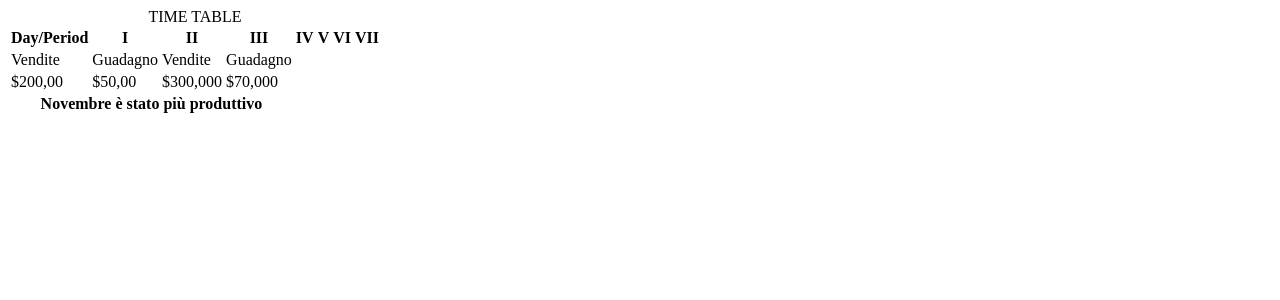
Repository: MicTomm/corso-frontend
Page: HTML/tabella/index.html
The author's editor kept a copy of each file at every save. The page is drawn from the files as they stood at one save, then again after the next save.
The browser window is 1280 px wide. The pictures show the whole page.

Above is the page before, as saved 2023-11-07 16:14:47.

After the next save:
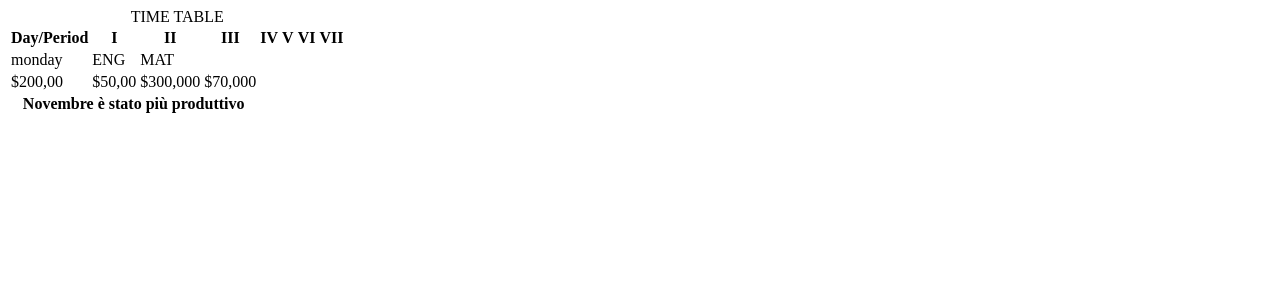
Saved 109 s later.
--- a/HTML/tabella/index.html
+++ b/HTML/tabella/index.html
@@ -23,10 +23,13 @@
 
     <tbody>
       <tr>
-        <td>Vendite</td>
-        <td>Guadagno</td>
-        <td>Vendite</td>
-        <td>Guadagno</td>
+        <td>monday</td>
+        <td>ENG</td>
+        <td>MAT</td>
+        <td></td>
+        <td></td>
+        <td></td>
+        <td></td>
       </tr>
       <tr>
         <td>$200,00</td>
